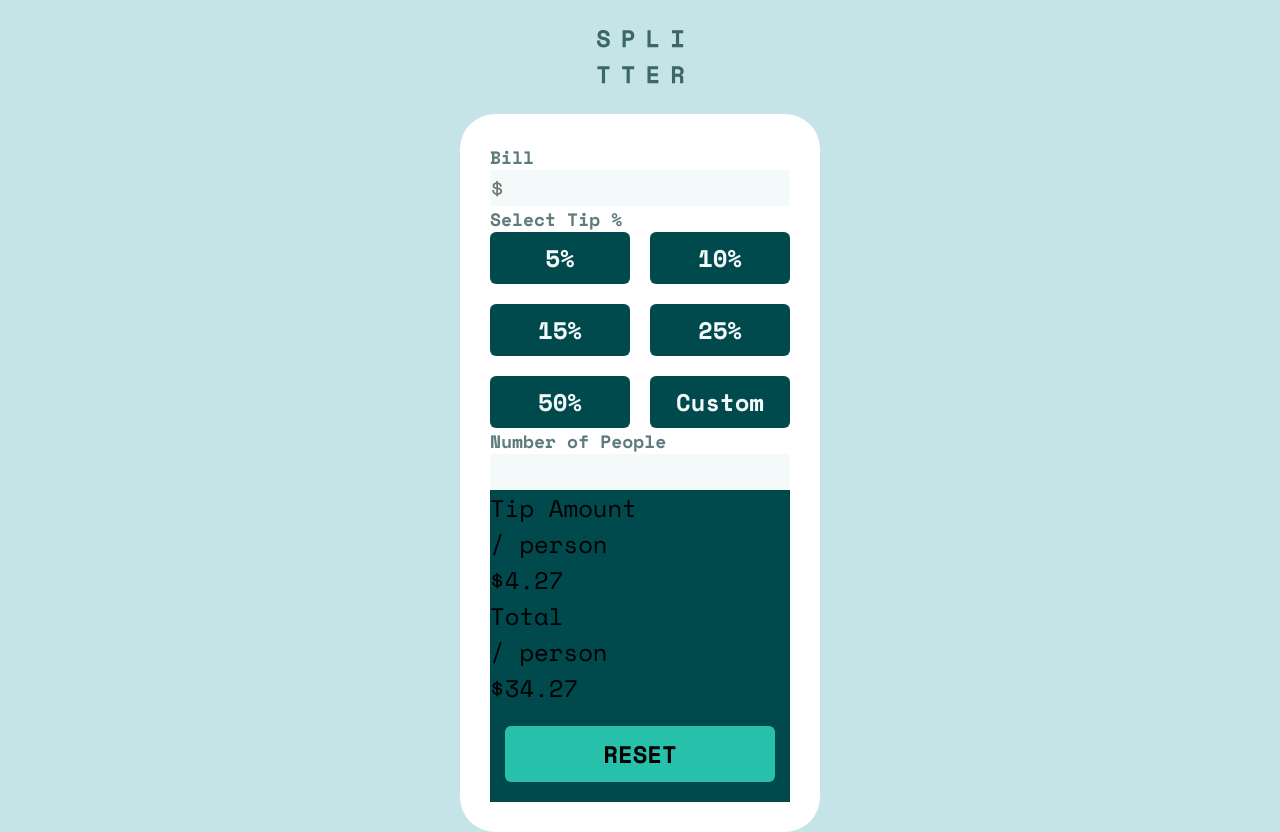
Repository: tomas938/tipcalculator
Page: /
The author's editor kept a copy of each file at every save. The page is drawn from the files as they stood at one save, then again after the next save.
The browser window is 1280 px wide. The pictures show the whole page.
The project was rebuilt for these pictures with package versions that can differ from the ones it lists, and the page was loaded fresh each time.

Above is the page before, as saved 2021-08-03 22:33:51.

### src/App.vue
<template>
	<router-view />
</template>

<style lang="scss">
@import url("https://fonts.googleapis.com/css2?family=Space+Mono:wght@400;700&display=swap");
$strong-cyan: hsl(172, 67%, 45%);
$dark-cyan: hsl(186, 14%, 43%);
$grayish-cyan: hsl(184, 14%, 43%);
$lower-grayish-cyan: hsl(184, 14%, 56%);
$light-grayish-cyan: hsl(185, 41%, 84%);
$lighter-grayish-cyan: hsl(189, 41%, 97%);
$white: hsl(0, 0%, 100%);
* {
	margin: 0;
	padding: 0;
	box-sizing: border-box;
	font-family: "Space Mono", monospace;
	font-size: 24px;
}
body {
	background-color: hsl(185, 41%, 84%);
}
</style>

### src/views/Home.vue
<template>
	<div class="logo">
		<splitter></splitter>
	</div>
</template>

<script>
import Splitter from "../components/Splitter.vue";
export default {
	name: "Home",
	components: {
		Splitter,
	},
};
</script>
<style lang="scss" scoped></style>

### src/components/Splitter.vue
<template>
	<div class="splitter">
		<svg xmlns="http://www.w3.org/2000/svg" width="87" height="54">
			<path
				fill="#3D6666"
				d="M6.72 17.472c.944 0 1.792-.12 2.544-.36s1.392-.584 1.92-1.032a4.476 4.476 0 001.212-1.62c.28-.632.42-1.34.42-2.124v-.288c0-1.472-.464-2.584-1.392-3.336-.928-.752-2.272-1.288-4.032-1.608a14.615 14.615 0 01-1.74-.408c-.456-.144-.824-.308-1.104-.492-.28-.184-.476-.392-.588-.624a1.771 1.771 0 01-.168-.78c0-.56.232-1.004.696-1.332.464-.328 1.096-.492 1.896-.492.944 0 1.676.248 2.196.744.52.496.78 1.08.78 1.752v.576h3.168v-.864a5 5 0 00-.396-1.968 4.762 4.762 0 00-1.176-1.656C10.436 1.08 9.792.7 9.024.42 8.256.14 7.376 0 6.384 0c-.88 0-1.676.12-2.388.36s-1.32.576-1.824 1.008c-.504.432-.896.94-1.176 1.524-.28.584-.42 1.22-.42 1.908v.144c0 .832.144 1.536.432 2.112a3.978 3.978 0 001.212 1.44c.52.384 1.132.692 1.836.924.704.232 1.48.42 2.328.564.64.112 1.168.248 1.584.408.416.16.744.34.984.54s.408.424.504.672c.096.248.144.508.144.78 0 .576-.232 1.072-.696 1.488-.464.416-1.176.624-2.136.624-1.232 0-2.14-.3-2.724-.9-.584-.6-.876-1.404-.876-2.412v-.576H0v.72c0 .88.144 1.692.432 2.436a5.47 5.47 0 001.272 1.944c.56.552 1.26.984 2.1 1.296.84.312 1.812.468 2.916.468zm22-.336V10.8h3.408c.864 0 1.616-.144 2.256-.432a4.707 4.707 0 001.596-1.14 4.833 4.833 0 00.96-1.608c.216-.6.324-1.212.324-1.836v-.576c0-.608-.108-1.204-.324-1.788a4.625 4.625 0 00-.96-1.56A4.737 4.737 0 0034.384.756c-.64-.28-1.392-.42-2.256-.42h-6.576v16.8h3.168zm3.096-9.36H28.72V3.36h3.096c.704 0 1.26.192 1.668.576.408.384.612.88.612 1.488v.288c0 .608-.204 1.104-.612 1.488-.408.384-.964.576-1.668.576zm29.464 9.36v-3.024h-7.632V.336H50.48v16.8h10.8zm24.88 0v-3.024h-4.032V3.36h4.032V.336H74.928V3.36h4.032v10.752h-4.032v3.024H86.16zm-78.096 36V39.36h4.464v-3.024H.432v3.024h4.464v13.776h3.168zm24.688 0V39.36h4.464v-3.024H25.12v3.024h4.464v13.776h3.168zm28.624 0v-3.024h-7.728v-3.888H60.8V43.2h-7.152v-3.84h7.44v-3.024H50.48v16.8h10.896zm16.744 0V46.8h3.648c.464 0 .796.12.996.36.2.24.3.552.3.936v5.04h3.168v-5.808c0-.56-.164-1.024-.492-1.392-.328-.368-.772-.584-1.332-.648v-.432c.768-.32 1.336-.78 1.704-1.38a3.63 3.63 0 00.552-1.932v-.576c0-.64-.116-1.24-.348-1.8a4.332 4.332 0 00-1.008-1.476c-.44-.424-.988-.756-1.644-.996-.656-.24-1.416-.36-2.28-.36h-6.432v16.8h3.168zm3.024-9.36H78.12V39.36h3.024c.768 0 1.352.204 1.752.612.4.408.6.892.6 1.452v.288c0 .656-.2 1.164-.6 1.524-.4.36-.984.54-1.752.54z"
			/>
		</svg>
		<div class="calculator">
			<h3>Bill</h3>
			<input type="text" placeholder="$" />
			<h3>Select Tip %</h3>
			<div class="calculator__grid">
				<div class="calculator__grid__item item-1"><p>5%</p></div>
				<div class="calculator__grid__item item-2"><p>10%</p></div>
				<div class="calculator__grid__item item-3"><p>15%</p></div>
				<div class="calculator__grid__item item-4"><p>25%</p></div>
				<div class="calculator__grid__item item-5"><p>50%</p></div>
				<div class="calculator__grid__item item-6"><p>Custom</p></div>
			</div>
			<h3>Number of People</h3>
			<input type="text" />
			<div class="calculator__result">
				<div class="result">
					<div class="information">
						<p>Tip Amount</p>
						<span>/ person</span>
					</div>
					<div class="price">
						<p>$4.27</p>
					</div>
				</div>
				<div class="result">
					<div class="information">
						<p>Total</p>
						<span>/ person</span>
					</div>
					<div class="price">
						<p>$34.27</p>
					</div>
				</div>
				<div class="result"></div>
				<button>Reset</button>
			</div>
		</div>
	</div>
</template>

<script>
export default {};
</script>

<style lang="scss" scoped>
.splitter {
	display: flex;
	flex-direction: column;
	align-items: center;
}
.calculator {
	background-color: hsl(0, 0%, 100%);
	padding: 30px;
	border-radius: 35px;
	&__grid {
		display: grid;
		grid-gap: 20px;
		grid-template-columns: repeat(2, 1fr);
		grid-template-rows: repeat(3, 1fr);
		color: hsl(189, 41%, 97%);
		font-weight: 700;
		text-align: center;
	}
	&__grid__item {
		width: 100%;
		margin: auto;
		padding: 8px 0;
		border-radius: 6px;
		background-color: hsl(183, 100%, 15%);
		&:hover {
			transition: all 0.3s ease-in-out;
			background-color: hsl(172, 67%, 45%);
			color: hsl(183, 100%, 15%);
		}
	}
	&__result {
		display: flex;
		flex-direction: column;
		background-color: hsl(183, 100%, 15%);
		button {
			width: 90%;
			margin: 20px auto;
			border-radius: 6px;
			padding: 10px 0;
			font-weight: 700;
			text-transform: uppercase;
			background-color: hsl(172, 67%, 45%);
			outline: none;
			border: none;
		}
	}
}
svg {
	margin: 30px 0;
}
input {
	border: none;
	outline: none;
	background-color: hsl(189, 41%, 97%);
}
h3 {
	font-size: 18px;
	color: hsl(184, 14%, 43%);
	font-weight: 700;
}
</style>

Loaded but not shown: public/index.html (common file); src/main.js (common file); src/router/index.js (common file)

After the next save:
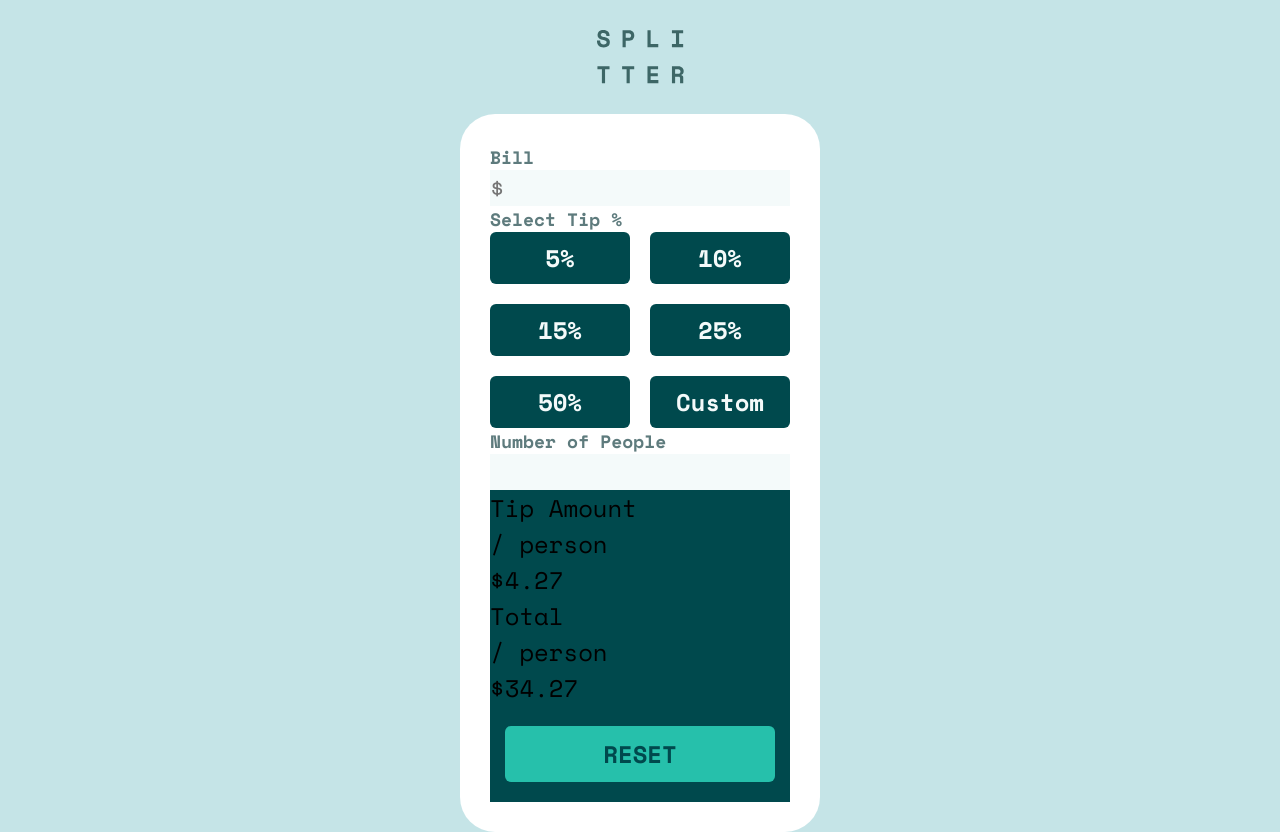
Saved 18 s later.
--- a/src/components/Splitter.vue
+++ b/src/components/Splitter.vue
@@ -91,6 +91,7 @@ export default {};
 			border-radius: 6px;
 			padding: 10px 0;
 			font-weight: 700;
+			color: hsl(183, 100%, 15%);
 			text-transform: uppercase;
 			background-color: hsl(172, 67%, 45%);
 			outline: none;
